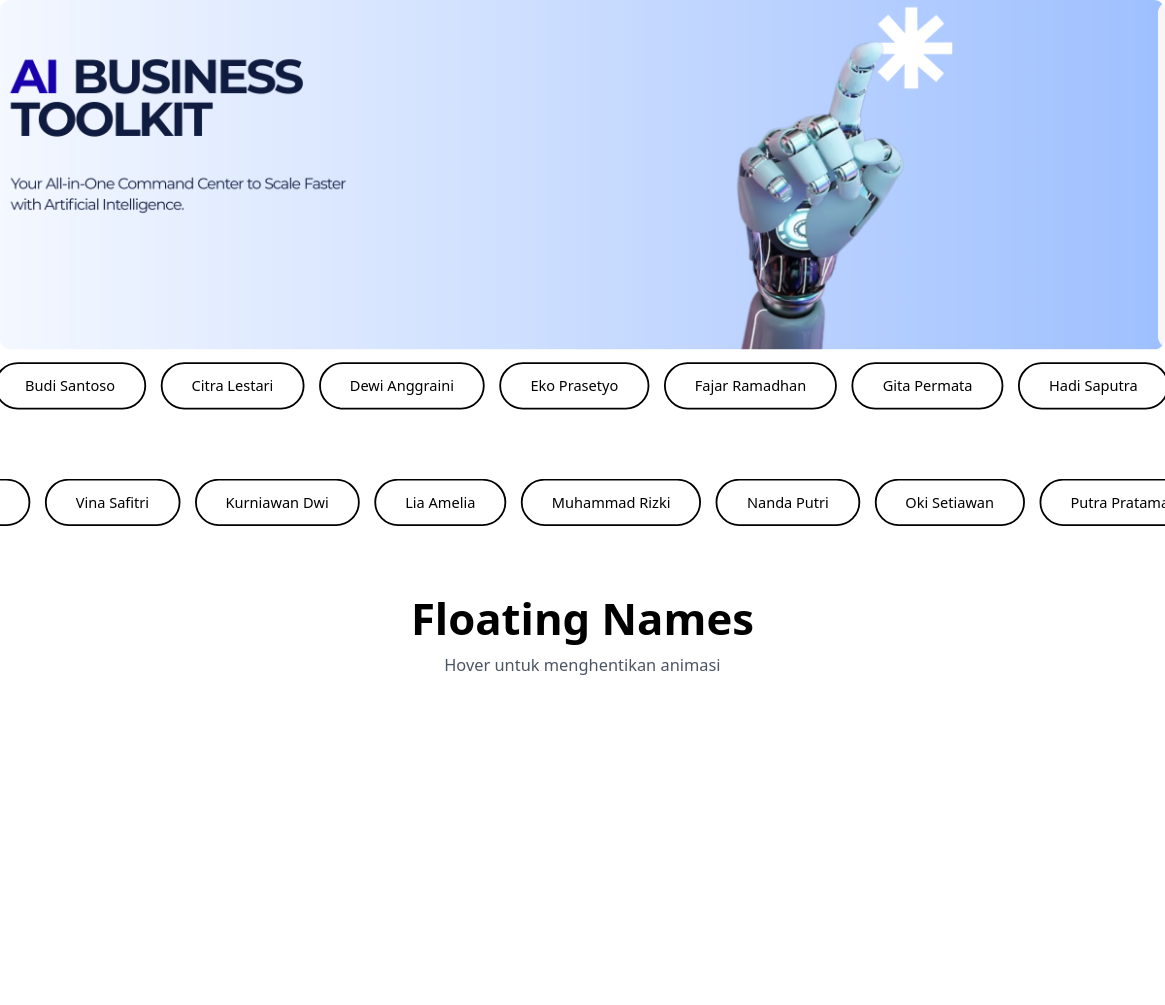
Repository: MUHAMADTEGARWIJAYA/AI-BUSINESS-TOOLKIT
Page: /
The author's editor kept a copy of each file at every save. The page is drawn from the files as they stood at one save, then again after the next save.
The browser window is 1280 px wide. The pictures show the whole page, at 91% of full size.
The project was rebuilt for these pictures with package versions that can differ from the ones it lists, and the page was loaded fresh each time. Also part of the build but not shown: vite.config.js.

Above is the page before, as saved 2026-01-07 15:01:42.

### src/router/index.js
import { createRouter, createWebHistory } from 'vue-router'
import HomeView from '../views/HomeView.vue'

const router = createRouter({
  history: createWebHistory(import.meta.env.BASE_URL),
  routes: [
    {
      path: '/',
      name: 'home',
      component: HomeView,
    },

  ],
})

export default router

### src/views/HomeView.vue
<template>
  <div class="min-h-screen flex flex-col justify-center items-start">
    <!-- Container -->
    <div class="w-full max-w-full">
      <!-- Background Image -->
      <div
        class="w-full h-96 rounded-xl bg-cover bg-no-repeat bg-center"
        style="background-image: url('/cc.png')"
      ></div>
    </div>
    <!-- Floating Names Component -->
    <div class="w-full">
      <NamaFloating />
    </div>
  </div>
</template>

<script setup>
import NamaFloating from './NamaFloating.vue'
</script>

### src/views/NamaFloating.vue
<template>
  <div class="min-h-screen bg-white overflow-hidden">
    <div class="space-y-12">
      <!-- Line 1 - Nama 1-10 Gerak ke Kanan -->
      <div class="relative h-20 flex items-center overflow-hidden">
        <div class="scroll-container animate-scroll-right flex gap-4 whitespace-nowrap absolute">
          <div
            v-for="(nama, idx) in line1Double"
            :key="idx"
            class="floating-card inline-block px-8 py-3 bg-white border-2 border-black rounded-full"
          >
            <span class="text-black font-medium text-base">{{ nama }}</span>
          </div>
        </div>
      </div>

      <!-- Line 2 - Nama 11-21 Gerak ke Kiri -->
      <div class="relative h-20 flex items-center overflow-hidden">
        <div class="scroll-container animate-scroll-left flex gap-4 whitespace-nowrap absolute">
          <div
            v-for="(nama, idx) in line2Double"
            :key="idx"
            class="floating-card inline-block px-8 py-3 bg-white border-2 border-black rounded-full"
          >
            <span class="text-black font-medium text-base">{{ nama }}</span>
          </div>
        </div>
      </div>
    </div>

    <!-- Title -->
    <div class="text-center mt-16">
      <h1 class="text-5xl font-bold text-black mb-3">Floating Names</h1>
      <p class="text-gray-600 text-lg">Hover untuk menghentikan animasi</p>
    </div>
  </div>
</template>

<script setup>
import { computed } from 'vue'

// Line 1: Nama 1-10 (gerak ke kanan)
const line1 = [
  'Ahmad Fauzi',
  'Budi Santoso',
  'Citra Lestari',
  'Dewi Anggraini',
  'Eko Prasetyo',
  'Fajar Ramadhan',
  'Gita Permata',
  'Hadi Saputra',
  'Indah Puspitasari',
  'Joko Widodo',
]

// Line 2: Nama 11-21 (gerak ke kiri)
const line2 = [
  'Kurniawan Dwi',
  'Lia Amelia',
  'Muhammad Rizki',
  'Nanda Putri',
  'Oki Setiawan',
  'Putra Pratama',
  'Rina Oktaviani',
  'Sandi Mahendra',
  'Tia Ayuningtyas',
  'Umar Hakim',
  'Vina Safitri',
]

// Duplicate arrays untuk seamless loop
const line1Double = computed(() => [...line1, ...line1])
const line2Double = computed(() => [...line2, ...line2])
</script>

<style scoped>
@keyframes scrollRight {
  0% {
    transform: translateX(0);
  }
  100% {
    transform: translateX(-50%);
  }
}

@keyframes scrollLeft {
  0% {
    transform: translateX(-50%);
  }
  100% {
    transform: translateX(0);
  }
}

.animate-scroll-right {
  animation: scrollRight 50s linear infinite;
}

.animate-scroll-left {
  animation: scrollLeft 50s linear infinite;
}

.floating-card {
  transition: all 0.3s ease;
}

.floating-card:hover {
  transform: translateY(-3px);
  box-shadow: 0 10px 25px rgba(0, 0, 0, 0.15);
}

.scroll-container:has(.floating-card:hover) {
  animation-play-state: paused;
}
</style>

Loaded but not shown: index.html (common file); src/main.js (common file); src/assets/main.css (common file); src/App.vue (common file); tailwind.config.js (common file)

After the next save:
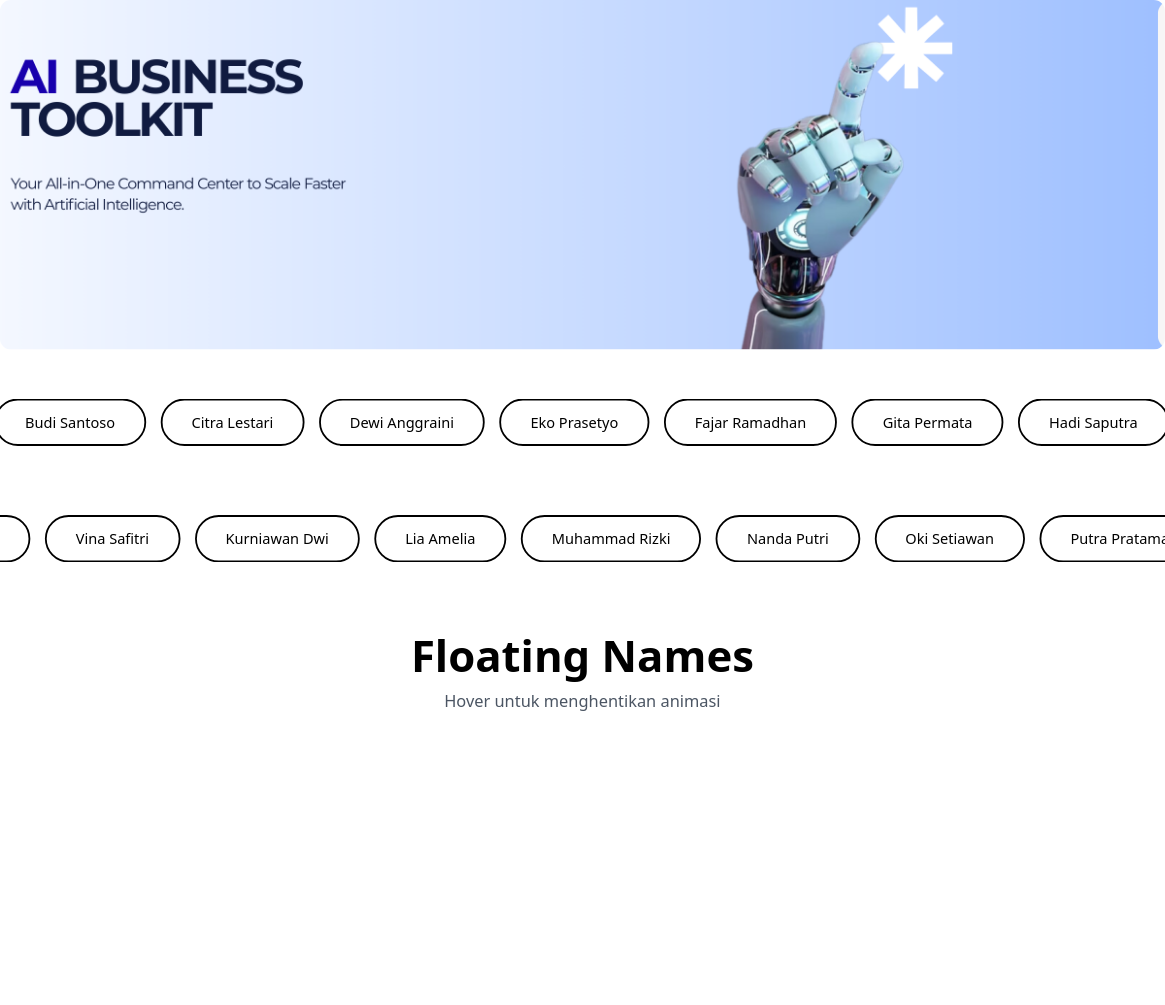
Saved 6 s later.
--- a/src/views/NamaFloating.vue
+++ b/src/views/NamaFloating.vue
@@ -1,5 +1,5 @@
 <template>
-  <div class="min-h-screen bg-white overflow-hidden">
+  <div class="min-h-screen bg-white overflow-hidden py-10">
     <div class="space-y-12">
       <!-- Line 1 - Nama 1-10 Gerak ke Kanan -->
       <div class="relative h-20 flex items-center overflow-hidden">
